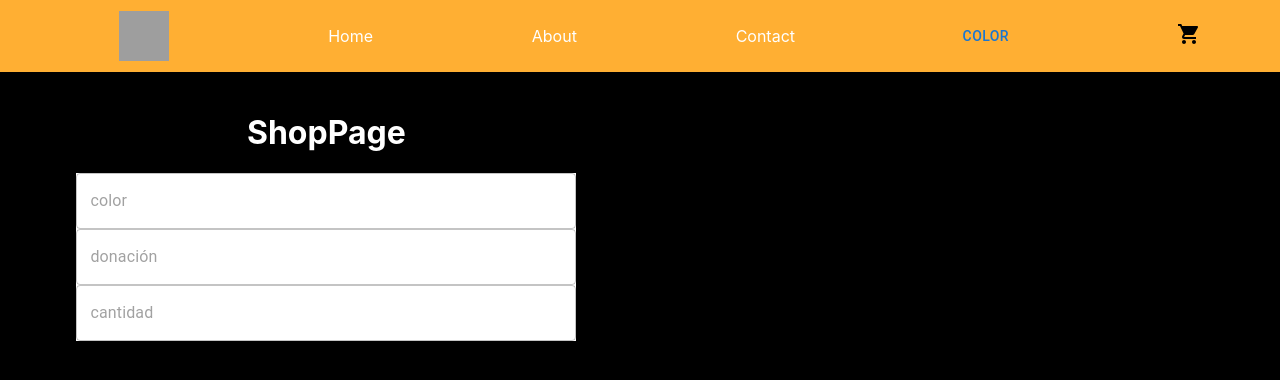
Repository: Toydrum/React-Hector-Coronado-EntregaFinal
Page: /shop
The author's editor kept a copy of each file at every save. The page is drawn from the files as they stood at one save, then again after the next save.
The browser window is 1280 px wide. The pictures show the whole page.
Pictures or frames that could not be fetched are drawn as grey boxes. The project was rebuilt for these pictures with package versions that can differ from the ones it lists, and the page was loaded fresh each time. Also part of the build but not shown: vite.config.js, src/components/CardUser/CardUser.jsx, src/components/CardList/CardList.css, src/firebase/firebaseConfig.js, src/components/CardList/CardList.jsx, src/pages/HomePage/HomePage.jsx, src/pages/ContactPage/ContactPage.jsx, src/pages/AboutPage/AboutPage.jsx and 1 more.

Above is the page before, as saved 2023-07-16 18:00:16.

### src/App.jsx
//import React from "react";
import "./App.css";
import { BrowserRouter as Router, Routes, Route } from "react-router-dom";
//Components
import NavBar from "./components/Navbar/Navbar";
//import MenuColor from "./components/MenuColor/MenuColor";
//import CardUser from "./components/CardUser/CardUser";

//Pages
import HomePage from "./pages/HomePage/HomePage";
import ContactPage from "./pages/ContactPage/ContactPage";
import AboutPage from "./pages/AboutPage/AboutPage";
import DetailPage from "./pages/DetailPage/DetailPage";
import ShopPage from "./pages/ShopPage/ShopPage";

const App = () => {
  return (
    <Router>
      <div className="App">
        <NavBar />
        <Routes>
          <Route path="/" element={<HomePage />}></Route>
          <Route path="/About" element={<AboutPage />}></Route>
          <Route path="/Contact" element={<ContactPage />}></Route>
          <Route path="/detail/:id" element={<DetailPage />}></Route>
          <Route path="/shop" element={<ShopPage />}></Route>
        </Routes>
        <div className="Cards-Container"></div>
      </div>
    </Router>
  );
};

export default App;

### src/App.css
body{
  background-color: black;
}

.App {
  display: flex;
  flex-direction: column;
  justify-content: center;
}

.Cards-Container{
  display: flex;
  width: 100%;
  justify-content: center;
}

### src/components/Navbar/Navbar.jsx
import React from "react";
import "./Navbar.css";
import logo from "./cat-logo.svg";
import { Link } from "react-router-dom";
import CartWidget from "../CartWidget/CartWidget";
import MenuColor from "../MenuColor/MenuColor";

const NavBar = () => {
  return (
    <nav className="nav-container">
      <ul className="nav-ul">
        <img src={logo} alt="gatito" style={{ height: 50, width: 50 }} />
        <li className="li">
          <Link to="/" className="li">
            Home
          </Link>
        </li>
        <li className="li">
          <Link to="/about" className="li">
            About
          </Link>
        </li>
        <li className="li">
          <Link to="/contact" className="li">
            Contact
          </Link>
        </li>
        <li className="li">
          <MenuColor />
        </li>
        <li className="li">
          <Link to="/shop" className="li">
            <CartWidget className="li" />
          </Link>
        </li>
      </ul>
    </nav>
  );
};

export default NavBar;

### src/pages/ShopPage/ShopPage.jsx
import React from "react";
import TextField from "@mui/material/TextField";
import "./Styles.css";

const ShopPage = () => {
  return (
    <>
      <div className="caja">
        <h1 className="titulo">ShopPage</h1>
        <form>
          <TextField name="color" className="campo" placeholder="color" />
          <TextField name="donación" className="campo" placeholder="donación" />
          <TextField name="cantidad" className="campo" placeholder="cantidad" />
        </form>
      </div>
    </>
  );
};

export default ShopPage;

### src/components/Navbar/Navbar.css
.nav-container {
  background-color: #FFAF33;
  height: 10vh;
  display: flex;
  width: 100%;
  justify-content: space-around;
  align-items: center;
}

.nav-ul {
  display: flex;
  width: 100%;
  justify-content: space-around;
  align-items: center;
}

.li {
  color: white;
  list-style-type: none;
  text-decoration: none;
}

### src/components/CartWidget/CartWidget.jsx
import React from "react";
import ShoppingCartIcon from "@mui/icons-material/ShoppingCart";
import { Link } from "react-router-dom";

const CartWidget = () => {
  return (
    <div style={{ color: "black" }}>
      <ShoppingCartIcon />
    </div>
  );
};

export default CartWidget;

### src/components/MenuColor/MenuColor.jsx
import * as React from "react";
import Button from "@mui/material/Button";
import Menu from "@mui/material/Menu";
import MenuItem from "@mui/material/MenuItem";

const MenuColor = () => {
  const [anchorEl, setAnchorEl] = React.useState(null);
  const open = Boolean(anchorEl);
  const handleClick = (event) => {
    setAnchorEl(event.currentTarget);
  };
  const handleClose = () => {
    setAnchorEl(null);
  };

  return (
    <div>
      <Button
        id="demo-positioned-button"
        aria-controls={open ? "demo-positioned-menu" : undefined}
        aria-haspopup="true"
        aria-expanded={open ? "true" : undefined}
        onClick={handleClick}
      >
        Color
      </Button>
      <Menu
        id="demo-positioned-menu"
        aria-labelledby="demo-positioned-button"
        anchorEl={anchorEl}
        open={open}
        onClose={handleClose}
        anchorOrigin={{
          vertical: "top",
          horizontal: "left",
        }}
        transformOrigin={{
          vertical: "top",
          horizontal: "left",
        }}
      >
        <MenuItem onClick={handleClose}>Profile</MenuItem>
        <MenuItem onClick={handleClose}>My account</MenuItem>
        <MenuItem onClick={handleClose}>Logout</MenuItem>
      </Menu>
    </div>
  );
};

export default MenuColor;

### src/pages/ShopPage/Styles.css
.campo{
  display: flex;
  flex-flow: column;
  width: 500px;
  background-color : white;
  color: black;

}

.caja{
  display: flex;
  flex-flow: column;
  justify-content: center;
  text-align: center;
  width: 51%;
  height: 40vh;
  color:black;
}

.titulo{
  color: white;
}

Loaded but not shown: index.html (common file); src/main.jsx (common file); src/index.css (common file)

After the next save:
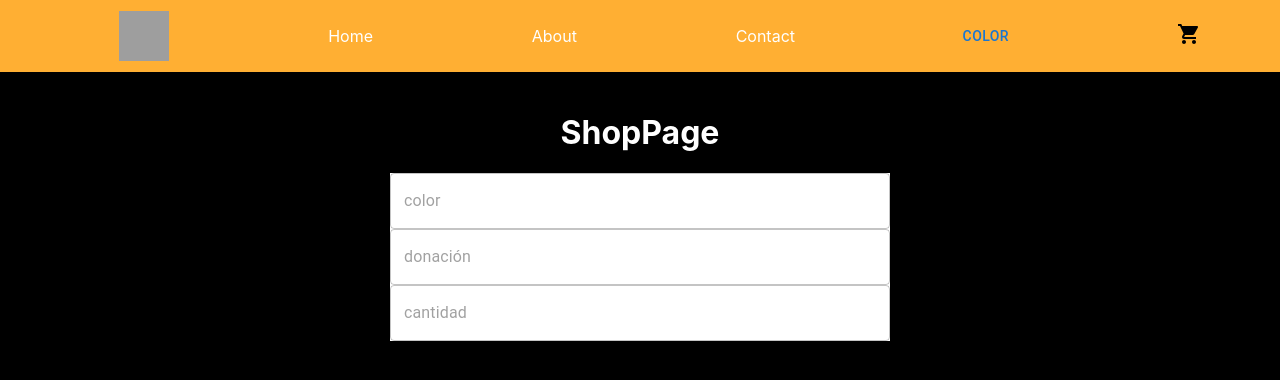
Saved 71 s later.
--- a/src/pages/ShopPage/Styles.css
+++ b/src/pages/ShopPage/Styles.css
@@ -14,6 +14,8 @@
   text-align: center;
   width: 51%;
   height: 40vh;
+  margin-right: auto;
+  margin-left: auto;
   color:black;
 }
 
